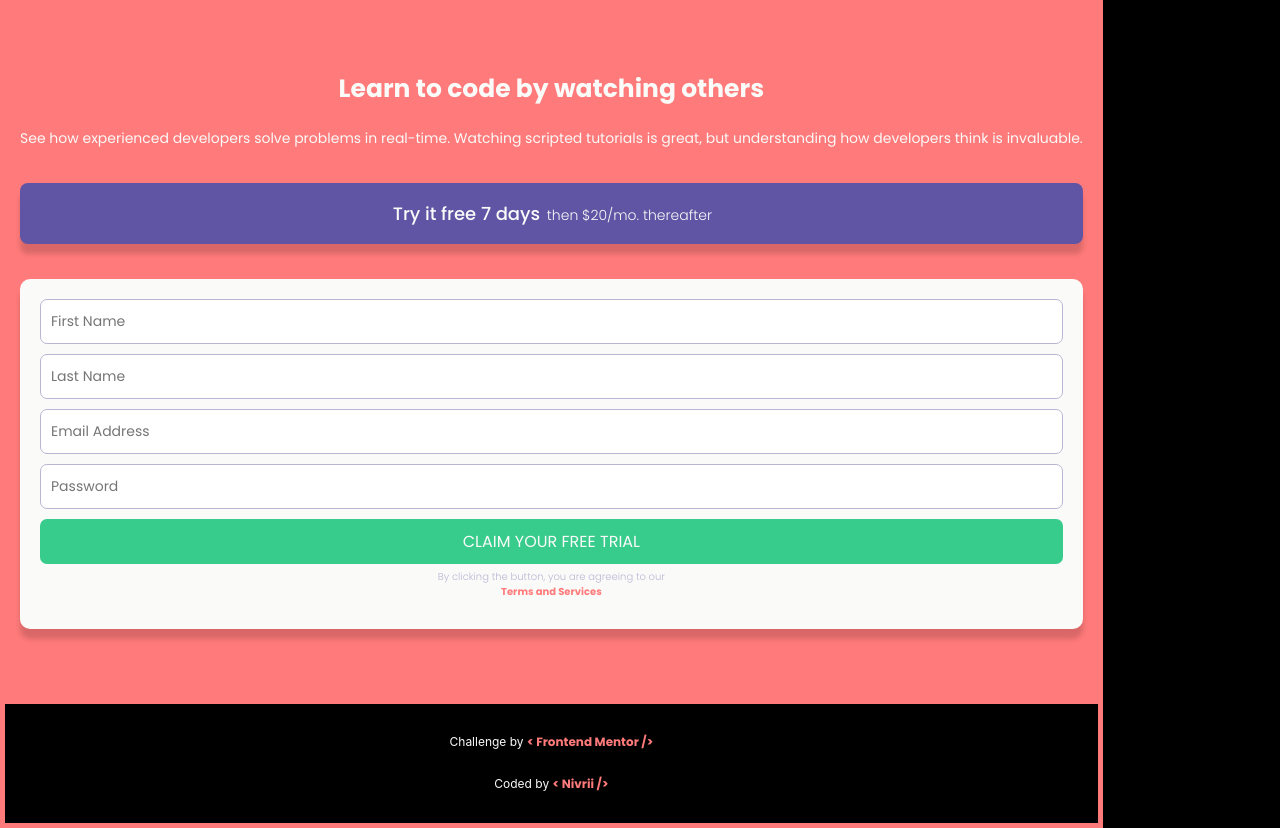
Repository: nivrii/intro-component-with-signup
Page: /
The author's editor kept a copy of each file at every save. The page is drawn from the files as they stood at one save, then again after the next save.
The browser window is 1280 px wide. The pictures show the whole page.
The project was rebuilt for these pictures with package versions that can differ from the ones it lists, and the page was loaded fresh each time. Also part of the build but not shown: vite.config.js.

Above is the page before, as saved 2023-10-14 18:05:52.

### src/App.jsx
import { Success } from "./Container/Success";
import Container from "./Container/Container";
import { Footer } from "./Footer/Footer";

import "./App.css";
import { useState } from "react";

function App() {
  const [userArray, setUserArray] = useState({});
  return (
    <div className="UI">
      <Container userArray={userArray} setUserArray={setUserArray} />
      <Success userArray={userArray} />
      <Footer />
    </div>
  );
}

export default App;

### src/Container/Success.jsx
/* eslint-disable react/prop-types */
export function Success({userArray}) {
  return (
    <>
      <div className="close success">
      {/* {userArray.map(user=>{
        const {fName, lName, email} = user
        return(
          <>
          <h4>{fName}</h4>
          <h4>{lName}</h4>
          <h4>{email}</h4>
          </>
        )
      })} */}
        <p></p>
      </div>
    </>
  );
}

### src/Container/Container.jsx
/* eslint-disable react/prop-types */
import { Form } from "./Form/Form";
import { Card } from "./Card/Card";
import { Content } from "./Content/Content";

const Container = (props) => {
  const {userArray, setUserArray} = props
  return (
      <div className="container">
        <Content />
        <Card />
        <Form userArray={userArray} setUserArray={setUserArray}/>
      </div>

  );
};
export default Container;

### src/Footer/Footer.jsx
import "./Footer.css";
export function Footer() {
  const frontend = '< Frontend Mentor />';
  const coder = "< Nivrii />";
  return (
    <footer>
      <p className="attribution">
        Challenge by{" "}
        <a
          href="https://www.frontendmentor.io?ref=challenge"
          target="_blank"
          rel="noreferrer"
        >
          {frontend}
        </a>
        </p>
        <p className="attribution">
         Coded by{" "}
        <a href="https://github.com/nivrii/intro-component-with-signup">
          {coder}
        </a>
      </p>
    </footer>
  );
}

### src/App.css
* {
  box-sizing: border-box;
  border: 0;
  padding: 0;
}
:root {
  /*Primary colors*/
  --red: hsl(0, 100%, 74%);
  --green: hsl(154, 59%, 51%);
  /*Accent colors*/
  --blue: hsl(248, 32%, 49%);
  --white: #fafaf9;
  /*Neutral colors*/
  --dark-blue: hsl(249, 10%, 26%);
  --grayish-blue: hsl(246, 25%, 77%);
  /*typography*/
  --fSize: 14px;
  --w4: 400;
  --w5: 500;
  --w6: 600;
  --w7: 700;
}
@font-face {
  font-family: "Poppins-bold";
  src: url(./assets/Fonts/poppins/Poppins-Bold.otf) format("opentype");
}
@font-face {
  font-family: "Poppins-regular";
  src: url(./assets/Fonts/poppins/Poppins-Regular.otf) format("opentype");
}
@font-face {
  font-family: "Poppins-medium";
  src: url(./assets/Fonts/poppins/Poppins-Medium.otf) format("opentype");
}
@font-face {
  font-family: "Poppins-light";
  src: url(./assets/Fonts/poppins/Poppins-Light.otf) format("opentype");
}
body {
  background-color: #000;
}
.UI {
  display: flex;
  flex-direction: column;
}
.container {
  display: flex;
  flex-direction: column;
  align-items: center;
  justify-content: center;
  width: 100%;
  background-color: var(--red);
  padding: 50px 20px 70px;
  margin: 0;
}
.close {
  display: none;
}
.success{
  height: 78vh;
  width: 100%;
  max-height: 80vh;
  border: 1px solid var(--red);
}

### src/Container/Form/Form.jsx
/* eslint-disable react/prop-types */
import "./Form.css";
import { useState } from "react";
import errorIcon from "../../../public/images/icon-error.svg";

export function Form({userArray, setUserArray}) {
  const [fName, setFName] = useState("");
  const [lName, setLName] = useState("");
  const [email, setEmail] = useState("");
  const [password, setPassword] = useState("");

  const [fNameEmpty, setFNameEmpty] = useState(false);
  const [lNameEmpty, setLNameEmpty] = useState(false);
  const [emailEmpty, setEmailEmpty] = useState(false);
  const [passEmpty, setPassEmpty] = useState(false);

  const handleFirstName = (e) => {
    e.preventDefault();
    let value = e.target.value;
    value === "" ? setFNameEmpty(true) : setFNameEmpty(false);
    setFName(value);
  };
  const handleLastName = (e) => {
    e.preventDefault();
    let value = e.target.value;
    value === "" ? setLNameEmpty(true) : setLNameEmpty(false);
    setLName(value);
  };
  const handleEmail = (e) => {
    e.preventDefault();
    let value = e.target.value;
    value === "" ? setEmailEmpty(true) : setEmailEmpty(false);
    setEmail(value);
  };
  const handlePassword = (e) => {
    e.preventDefault();
    let value = e.target.value;
    value === "" ? setPassEmpty(true) : setPassEmpty(false);

    setPassword(value);
  };
  const handleSubmit = (e) => {
    e.preventDefault();
    if (fName === "") {
      setFNameEmpty(true);
      document.querySelector(".fName-input").classList.add("input-error");
      return;
    }
    if (lName === "") {
      setLNameEmpty(true);
      document.querySelector(".lName-input").classList.add("input-error");
      return;
    }
    if (email === "") {
      setEmailEmpty(true);
      document.querySelector(".email-input").classList.add("input-error");
      return;
    }
    if (password === "") {
      setPassEmpty(true);
      document.querySelector(".password-input").classList.add("input-error");
      return;
    } else {
      setFName("");
      setEmail("");
      setLName("");
      setPassword("");
      document.querySelector(".container").classList.add("close");
      document.querySelector(".success").classList.remove("close");
    }
    //console.log(fName, lName, email, password);
setUserArray(
      {
        fName: fName,
        lName: lName,
        email: email,
      }
    )

  };
  console.log(userArray)
  return (
    <form action="submit" className="form" onSubmit={(e) => e.preventDefault()}>
      <div className="input-enclose">
        {fNameEmpty && (
          <img src={errorIcon} alt="error-icon" className="error-icon" />
        )}
        <input
          type="text"
          placeholder="First Name"
          value={fName}
          className="input fName-input"
          onChange={(e) => handleFirstName(e)}
          onKeyDown={() =>
            document
              .querySelector(".fName-input")
              .classList.remove("input-error")
          }
        />
        <div className="err-enclose">
          {fNameEmpty && (
            <div className=" err err-fName">First Name Cannot Be Empty</div>
          )}
        </div>
      </div>

      <div className="input-enclose">
        {lNameEmpty && (
          <img src={errorIcon} alt="error-icon" className="error-icon" />
        )}
        <input
          type="text"
          placeholder="Last Name"
          value={lName}
          className="input lName-input"
          onChange={(e) => handleLastName(e)}
          onKeyDown={() =>
            document
              .querySelector(".lName-input")
              .classList.remove("input-error")
          }
        />
        <div className="err-enclose">
          {lNameEmpty && (
            <div className=" err err-lName">Last Name Cannot Be Empty</div>
          )}
        </div>
      </div>

      <div className="input-enclose">
        {emailEmpty && (
          <img src={errorIcon} alt="error-icon" className="error-icon" />
        )}
        <input
          type="email"
          placeholder="Email Address"
          value={email}
          className="input email-input"
          onChange={(e) => handleEmail(e)}
          onKeyDown={() =>
            document
              .querySelector(".email-input")
              .classList.remove("input-error")
          }
        />
        <div className="err-enclose">
          {emailEmpty && (
            <div className="err err-email">Email Cannot Be Empty</div>
          )}
          <div className=" err miss-email">
            That does not look like an email
          </div>
        </div>
      </div>

      <div className="input-enclose">
        {passEmpty && (
          <img src={errorIcon} alt="error-icon" className="error-icon" />
        )}
        <input
          type="password"
          placeholder="Password"
          value={password}
          className="input password-input"
          onChange={(e) => handlePassword(e)}
          onKeyDown={() =>
            document
              .querySelector(".password-input")
              .classList.remove("input-error")
          }
        />
        <div className="err-enclose">
          {passEmpty && (
            <div className="  err err-password">Password Cannot Be Empty</div>
          )}
        </div>
      </div>

      <button type="submit" className="btn" onClick={(e) => handleSubmit(e)}>
        Claim your free trial
      </button>
      <div className="pWrap">
        <p>By clicking the button, you are agreeing to our</p>
        <p>Terms and Services</p>
      </div>
    </form>
  );
}

### src/Container/Card/Card.jsx
import "./Card.css";
export function Card() {
  return (
      <div className="card__content">
        <p><span>Try it free 7 days </span>
        then $20/mo. thereafter</p>
      </div>
  );
}

### src/Container/Content/Content.jsx
import "./Content.css";
export function Content() {
  return (
    <div className="content">
      <h4>Learn to code by watching others</h4>
      <p>
        See how experienced developers solve problems in real-time. Watching
        scripted tutorials is great, but understanding how developers think is
        invaluable.
      </p>
    </div>
  );
}

### src/Footer/Footer.css
@import url(../App.css);

footer {
  display: flex;
  flex-direction: column;
  align-items: center;
  justify-content: center;
  width: 100%;
  height: 18vh;
  background-color: #000;
  padding: 5px;
  border: 5px solid var(--red);
  & .attribution {
    color: var(--white);
    font-family: "Poppins-light" sans-serif;
    font-size: 12px;
    & a {
      color: var(--red);
      font-family: "Poppins-bold", sans-serif;
      text-decoration: none;
      &:hover {
        color: var(--white);
        text-decoration: line-through;
      }
    }
  }
}

### src/Container/Form/Form.css
@import url(../../App.css);

.form {
  display: flex;
  flex-direction: column;
  background-color: var(--white);
  width: 100%;
  margin-top: 15px;
  padding: 20px;
  gap: 10px;
  border-radius: 10px;
  box-shadow: 0 10px 5px rgba(0, 0, 0, 0.15);
  & .input,
  .btn {
    height: 45px;
    width: 100%;
    border-radius: 7px;
    font-family: "Poppins-regular", sans-serif;
    -webkit-transition: 0.5s;
    transition: 0.5s;
  }
  & .input-error {
    border: 1px solid var(--red) !important;
    color: var(--red) !important;
    outline: none;
    &:focus {
      border: 2px solid var(--red) !important;
    }
    &::placeholder {
      color: var(--red);
    }
  }
  & .input-enclose {
    display: flex;
    flex-direction: column;
    .input {
      border: 1px solid var(--grayish-blue);
      padding-left: 10px;
      font-size: var(--fSize);
    }
    & .err-enclose {
      display: flex;
      justify-content: flex-end;
      align-items: center;
      & .err {
        display: block;
        color: var(--red);
        border-radius: 7px;
        height: 15px;
        width: auto;
        margin-left: calc(100% - width);
        padding: 5px;
        font-size: 10px;
        font-family: "Poppins-light", sans-serif;
      }
      & .miss-email {
        display: none;
      }
    }
    & .error-icon {
      position: absolute;
      padding: 2px;
      right: 50px;
      width: 25px;
      height: 25px;
      margin-top: 10px;
      margin-right: 10px;
    }
  }
  & .btn {
    background-color: var(--green);
    color: var(--white);
    text-transform: uppercase;
    transition-duration: 0.3s;
    transition-timing-function: ease;
    &:hover {
      transform: scale(1.05);
    }
  }
  & .pWrap {
    padding: 10px;
    text-align: center;
    margin-top: -15px;
    & * {
      margin: 0;
      font-size: 10px;
    }
    & p:nth-child(1) {
      font-family: "Poppins-light", sans-serif;
      color: var(--grayish-blue);
    }
    & p:nth-child(2) {
      font-family: "Poppins-bold", sans-serif;
      color: var(--red);
    }
  }
}

### src/Container/Card/Card.css
@import url(../../App.css);

.card__content{
    width: 100%;
    background-color: var(--blue);
    border-radius: 8px;
    padding: 15px 40px;
    margin: 20px 0;
    box-shadow: 0 10px 5px rgba(0, 0, 0, 0.15);
    & *{
        color: var(--white);
        text-align: center;
        margin: 2px;
    }& span{
        font-size: 18px;
        font-family: 'Poppins-medium', sans-serif;
    }
    & p{
        font-family: 'Poppins-light', sans-serif;
        font-size: var(--fSize);

    }
}

### src/Container/Content/Content.css
@import url(../../App.css);

.content {
  & * {
    color: var(--white);
    text-align: center;
  }
  & h4 {
    font-size: 25px;
    margin: 20px;
    font-family: 'Poppins-bold', sans-serif;
  }
  & p {
    font-size: var(--fSize);
    font-family: 'Poppins-regular', sans-serif;
  }
}

Loaded but not shown: index.html (common file); src/main.jsx (common file); src/index.css (common file)

After the next save:
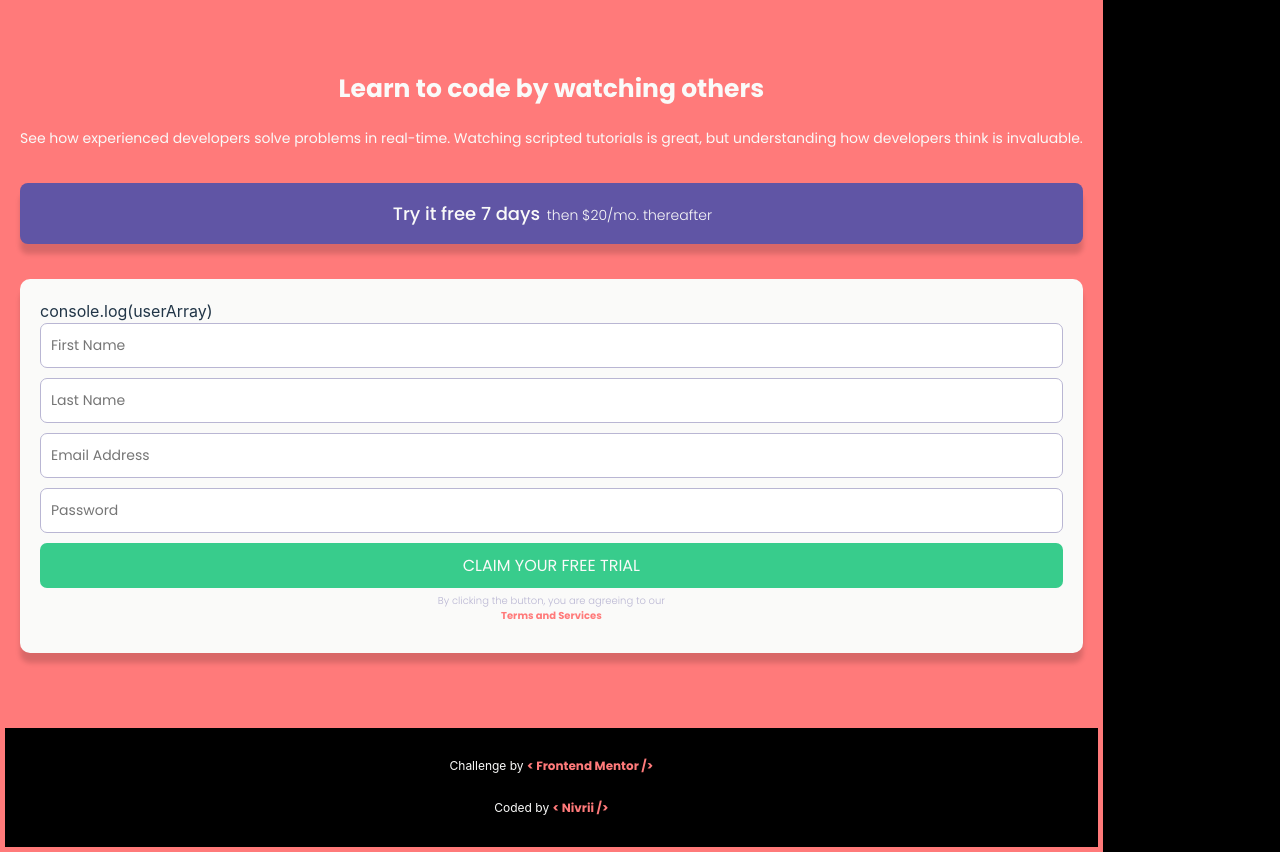
Saved 2 min 40 s later.
--- a/src/Container/Form/Form.jsx
+++ b/src/Container/Form/Form.jsx
@@ -78,13 +78,14 @@
     )
 
   };
-  console.log(userArray)
+
   return (
     <form action="submit" className="form" onSubmit={(e) => e.preventDefault()}>
       <div className="input-enclose">
         {fNameEmpty && (
           <img src={errorIcon} alt="error-icon" className="error-icon" />
         )}
+    console.log(userArray)
         <input
           type="text"
           placeholder="First Name"

After the save that followed:
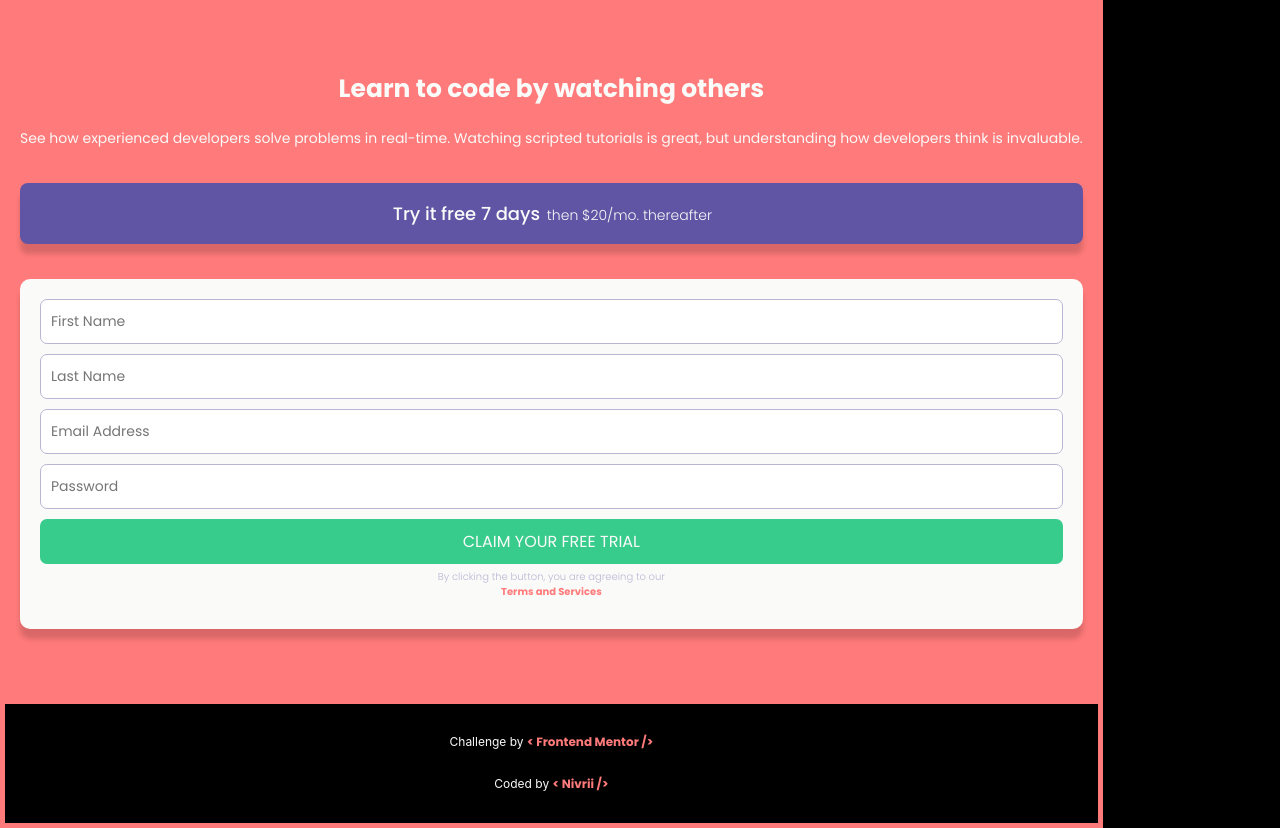
Saved 3 min 2 s later.
--- a/src/Container/Form/Form.jsx
+++ b/src/Container/Form/Form.jsx
@@ -76,8 +76,9 @@
         email: email,
       }
     )
+  };
+  console.log(userArray)
 
-  };
 
   return (
     <form action="submit" className="form" onSubmit={(e) => e.preventDefault()}>
@@ -85,7 +86,6 @@
         {fNameEmpty && (
           <img src={errorIcon} alt="error-icon" className="error-icon" />
         )}
-    console.log(userArray)
         <input
           type="text"
           placeholder="First Name"
